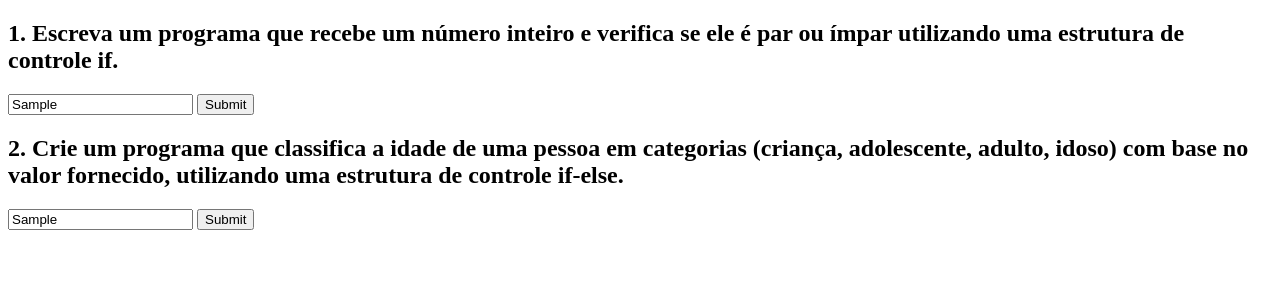
Repository: chidekina/prati-logica
Page: index.html
The author's editor kept a copy of each file at every save. The page is drawn from the files as they stood at one save, then again after a run of saves.
The browser window is 1280 px wide. The pictures show the whole page.
Empty fields were first filled with sample values (such as "Sample", 5 or name@example.com).
After loading, the first visible `input[onclick="classificacaoEtaria()"]` was clicked once.

Above is the page before, as saved 2025-04-29 13:50:43.
Console error: SyntaxError: Unexpected token 'else'

After the next 2 saves:
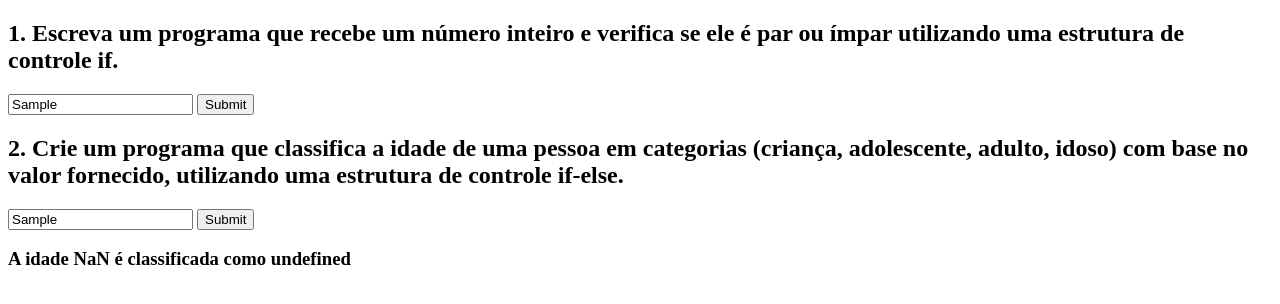
The error is gone.
The 2 saves are shown as one change because they came seconds apart.
The last was saved 6 s later.
--- a/app.js
+++ b/app.js
@@ -18,7 +18,9 @@ function classificacaoEtaria() {
     let classificacao;
     let answer2 = document.getElementById('answer2');
 
-    if (isNaN(idade) || idade > 100 || idade < 0)
+    if (isNaN(idade) || idade > 100 || idade < 0) {
+        alert()
+    }
     else if (idade >= 60) {
         classificacao = 'idoso';
     } else if (idade >= 20) {
